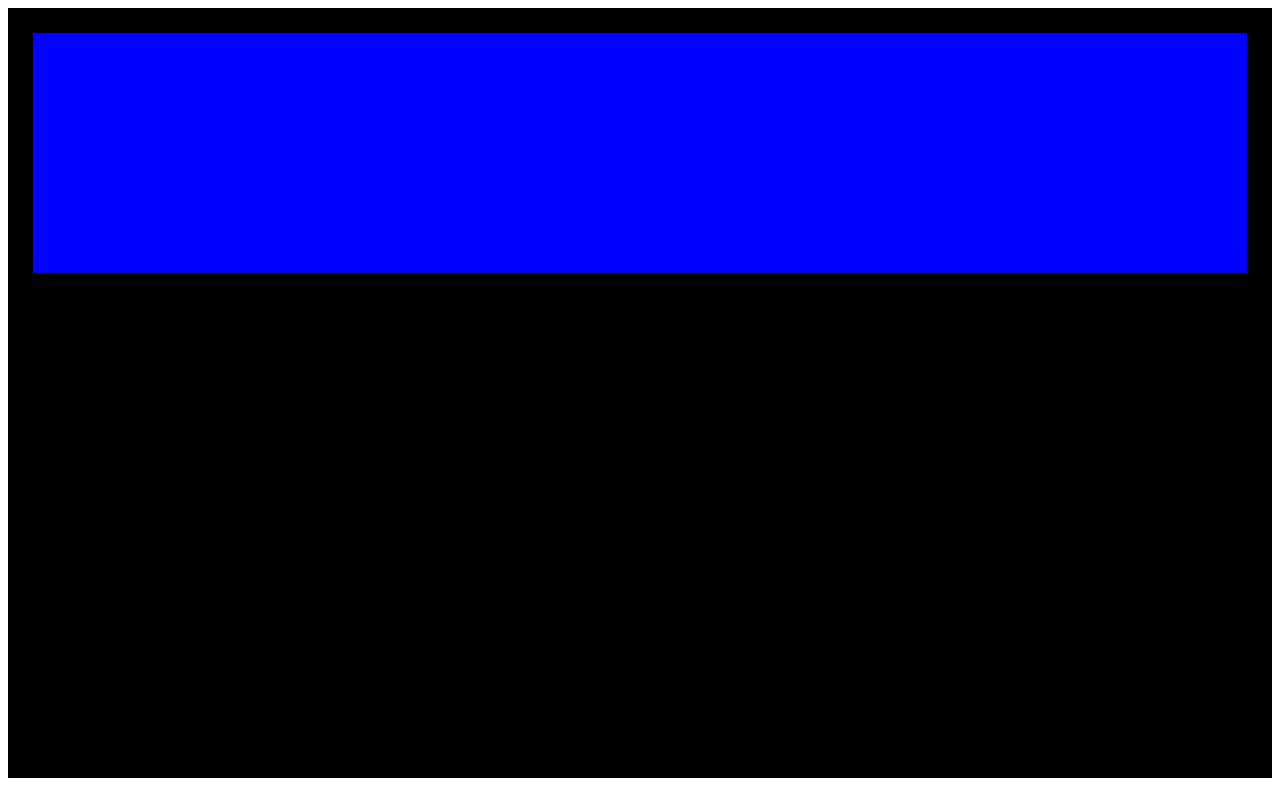
Repository: nguyenthibichngan/tv-show-adviser
Page: /
An editor plug-in stored every save of this project. The page is shown before and after the next save, followed by the edit.
The browser window is 1280 px wide. The pictures show the whole page.
The project was rebuilt for these pictures with package versions that can differ from the ones it lists, and the page was loaded fresh each time.

Above is the page before, as saved 2023-09-12 09:36:44.

After the next save:
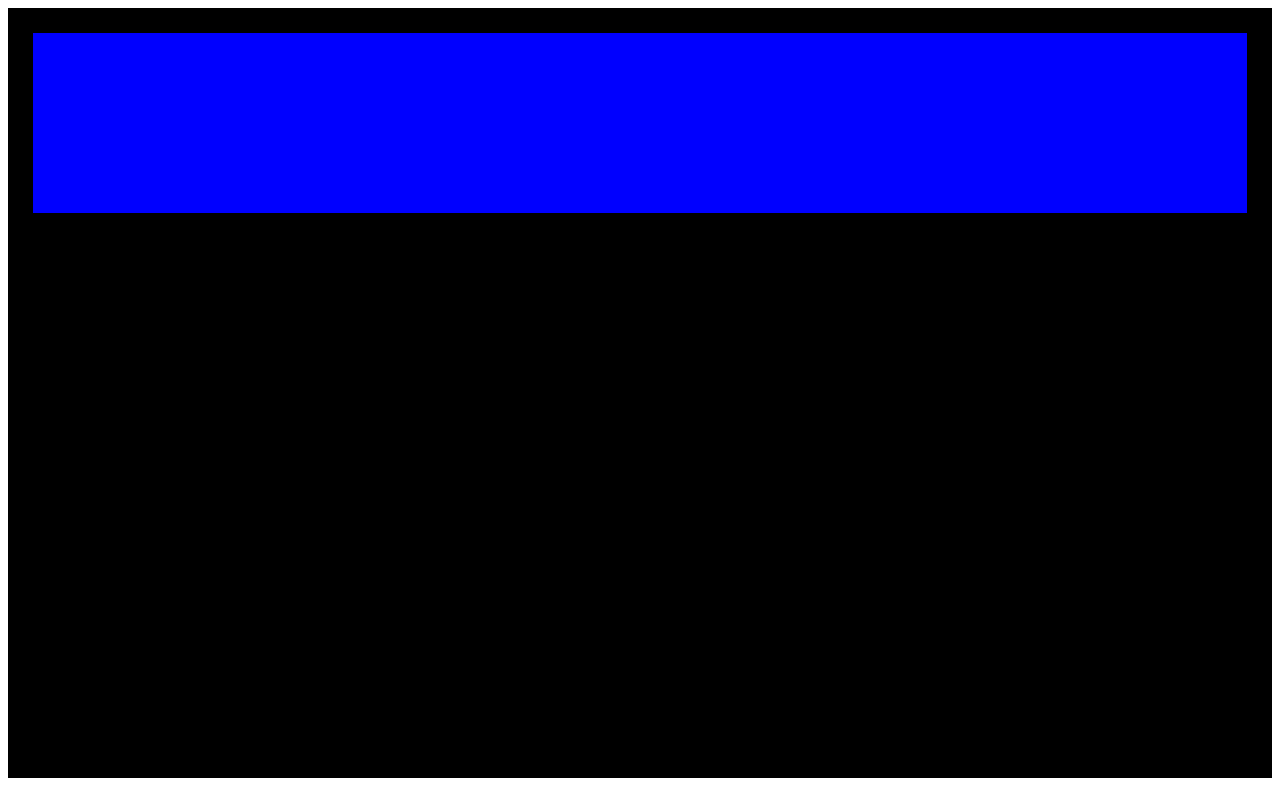
Saved 10 s later.
--- a/src/style.module.css
+++ b/src/style.module.css
@@ -16,4 +16,5 @@
 }
 
 .recommended_tv_shows {
+  flex: 2;
 }
